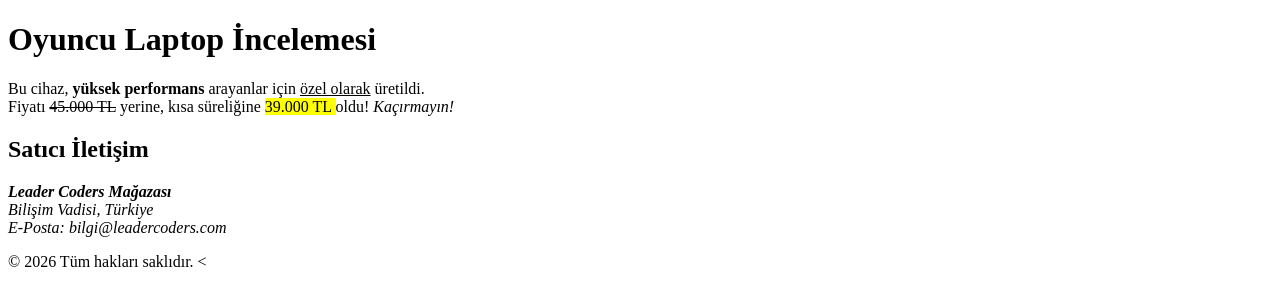
Repository: BeritanBlgn/web-yazilim-muhendisligi
Page: Modul_1/Ders_3/1.3.6_gorev2.html
These files come from the project's save history. The page is drawn as it stood at one moment and after a run of saves; the edit follows.
The browser window is 1280 px wide. The pictures show the whole page.

Above is the page before, as saved 2026-10-09 22:37:43.

### Modul_1/Ders_3/1.3.6_gorev2.html
<!DOCTYPE html>
<html lang="tr">
<head>
    <meta charset="UTF-8">
    <meta name="viewport" content="width=device-width, initial-scale=1.0">
    <title>Document</title>
</head>
<body>
    <h1>
        Oyuncu Laptop İncelemesi
    </h1>
    <p>
        Bu cihaz, <strong>yüksek performans</strong> arayanlar için
        <u>özel olarak</u> üretildi. <br>
        Fiyatı <del>45.000 TL</del> yerine, kısa süreliğine <mark>
            39.000 TL </mark>oldu! <em>Kaçırmayın!</em>
    </p>
    <h2>Satıcı İletişim</h2>
    <address>
        <strong>
            Leader Coders Mağazası
        </strong> <br>
        Bilişim Vadisi, Türkiye <br>
        E-Posta: bilgi@leadercoders.com
    </address>
    <p>
        &copy; 2026 Tüm hakları saklıdır. &lt;
    </p>
 </body>
</html>

After the next 2 saves:
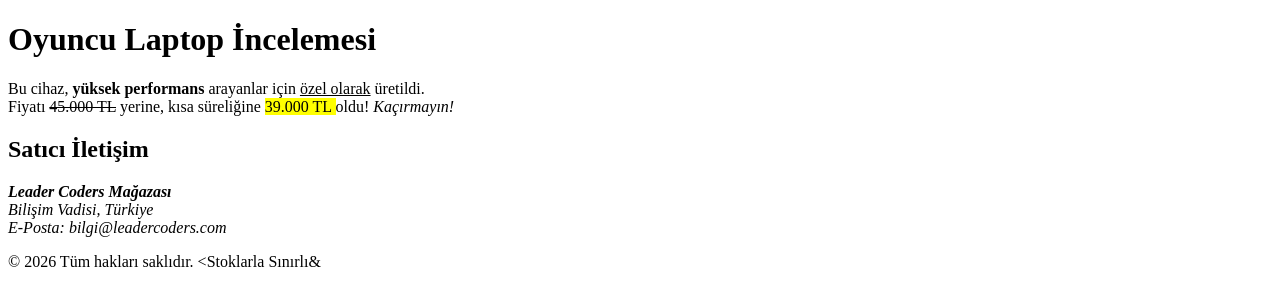
The 2 saves are shown as one change because they came seconds apart.
The last was saved 10 s later.
--- a/Modul_1/Ders_3/1.3.6_gorev2.html
+++ b/Modul_1/Ders_3/1.3.6_gorev2.html
@@ -24,7 +24,7 @@
         E-Posta: bilgi@leadercoders.com
     </address>
     <p>
-        &copy; 2026 Tüm hakları saklıdır. &lt;
+        &copy; 2026 Tüm hakları saklıdır. &lt;Stoklarla Sınırlı&
     </p>
  </body>
 </html>
